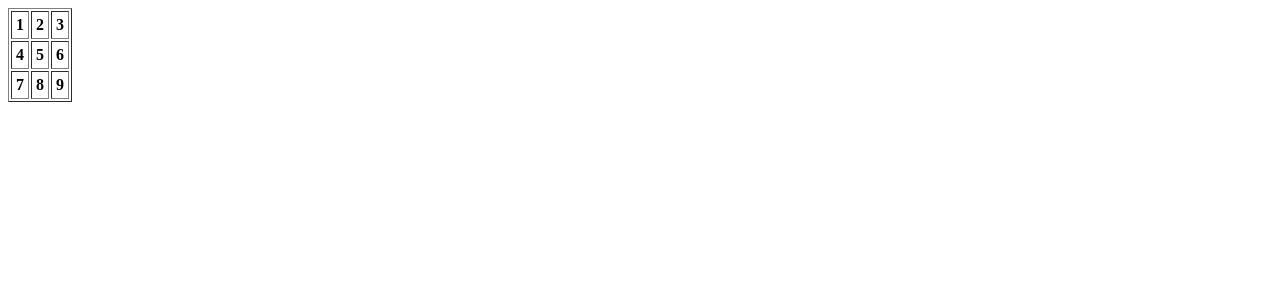
Repository: oUYUo/javaweb_and_javaBaseKnowLedge
Page: http://localhost/computer/
These files come from the project's save history. The page is drawn as it stood at one moment and after the next save; the edit follows.
The browser window is 1280 px wide. The pictures show the whole page.
The page is served by Tomcat 9.

Above is the page before, as saved 2018-02-27 08:50:05.

After the next save:
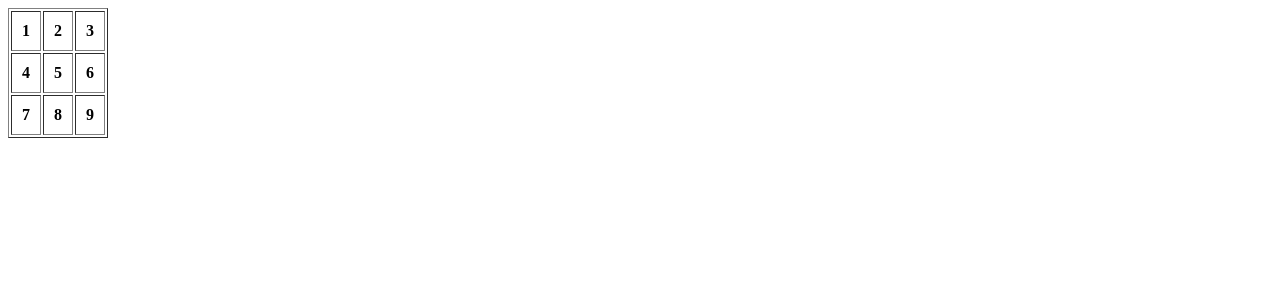
Saved 7 s later.
--- a/computer/WebContent/index.jsp
+++ b/computer/WebContent/index.jsp
@@ -7,7 +7,7 @@
 <title>Insert title here</title>
 </head>
 <body>
-<table border="1" cellpadding="4">
+<table border="1" cellpadding="10">
   <tr>
     <th>1</th>
     <th>2</th>
